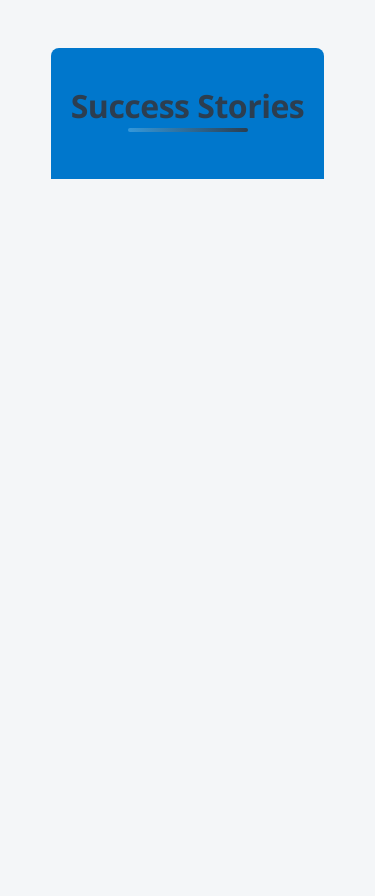
Repository: omas1st/stories
Page: http://localhost/stories/
An editor plug-in stored every save of this project. The page is shown before and after the next save, followed by the edit.
The browser window is 375 px wide. The pictures show the whole page.
The page is served by the project's Node server (server.js). Other server files are loaded and not shown. Queries for data that is not in the repository find no rows.

Above is the page before, as saved 2025-04-06 15:54:43.

### views/stories.ejs
<!DOCTYPE html>
<html>
<head>
  <meta charset="UTF-8">
  <title>Success Stories</title>
  <link rel="stylesheet" href="/css/styles.css">
  <link rel="stylesheet" href="/css/stories.css">
</head>
<body>
  <div class="stories-container">
    <header>
      <h1>Success Stories</h1>
    </header>
    <% stories.forEach(story => { %>
      <div class="story">
        <div class="story-header">
          <img src="/images/<%= story.image %>" alt="<%= story.name %>">
          <h2><%= story.name %></h2>
        </div>
        <div class="story-content">
          <p><strong>Email:</strong> <%= story.gmail %></p>
          <p><%= story.successStory %></p>
        </div>
      </div>
    <% }) %>
  </div>
</body>
</html>

### server.js
const express = require('express');
const mongoose = require('mongoose');
const dotenv = require('dotenv');
const session = require('express-session');

dotenv.config();

const app = express();

// Set EJS as the view engine
app.set('view engine', 'ejs');
app.use(express.static('public'));

// Body parsing middleware
app.use(express.urlencoded({ extended: true }));
app.use(express.json());

// Session middleware
app.use(session({
  secret: process.env.SECRET_KEY,
  resave: false,
  saveUninitialized: false
}));

// Connect to MongoDB
mongoose.connect(process.env.MONGO_URI, {
  useNewUrlParser: true,
  useUnifiedTopology: true
})
  .then(() => console.log('Connected to MongoDB'))
  .catch(err => console.error('MongoDB connection error:', err));

// Regular routes
const storiesRoute = require('./routes/stories');
app.use('/stories', storiesRoute);

// Admin routes
const adminRoute = require('./routes/admin');
app.use('/admin', adminRoute);

const PORT = process.env.PORT || 3000;
app.listen(PORT, () => console.log(`Server started on port ${PORT}`));

### routes/stories.js
const express = require('express');
const router = express.Router();
const Story = require('../models/story');

// GET route to display success stories
router.get('/', async (req, res) => {
  try {
    const stories = await Story.find().limit(50); // retrieve 50 stories
    res.render('stories', { stories });
  } catch (err) {
    console.error(err);
    res.status(500).send('Server error');
  }
});

module.exports = router;

### public/css/styles.css
/* stories.css */
.stories-container {
    max-width: 1200px;
    margin: 0 auto;
    padding: 2rem;
}

.stories-container header {
    text-align: center;
    margin-bottom: 3rem;
}

.stories-container h1 {
    font-size: 2.5rem;
    color: #2c3e50;
    margin-bottom: 1rem;
    position: relative;
    display: inline-block;
}

.stories-container h1::after {
    content: '';
    display: block;
    width: 50%;
    height: 3px;
    background: #3498db;
    margin: 0.5rem auto;
}

.story {
    background: #ffffff;
    border-radius: 10px;
    box-shadow: 0 4px 6px rgba(0, 0, 0, 0.1);
    margin-bottom: 2rem;
    padding: 2rem;
    transition: transform 0.3s ease;
}

.story:hover {
    transform: translateY(-5px);
}

.story-header {
    display: flex;
    align-items: center;
    margin-bottom: 1.5rem;
}

.story-header img {
    width: 80px;
    height: 80px;
    border-radius: 50%;
    object-fit: cover;
    margin-right: 1.5rem;
    border: 3px solid #3498db;
}

.story-header h2 {
    font-size: 1.5rem;
    color: #2c3e50;
    margin: 0;
}

.story-content {
    line-height: 1.6;
    color: #34495e;
}

.story-content p:first-of-type {
    margin-bottom: 1rem;
    font-weight: 500;
    color: #3498db;
}

.story-content p:last-child {
    margin: 0;
    font-size: 1rem;
    color: #7f8c8d;
}

/* Responsive Design */
@media (max-width: 768px) {
    .stories-container {
        padding: 1rem;
    }

    .story-header {
        flex-direction: column;
        text-align: center;
    }

    .story-header img {
        margin-right: 0;
        margin-bottom: 1rem;
    }

    .story-header h2 {
        font-size: 1.3rem;
    }

    .story-content p:last-child {
        font-size: 0.9rem;
    }
}

@media (max-width: 480px) {
    .stories-container h1 {
        font-size: 2rem;
    }

    .story {
        padding: 1.5rem;
    }
}

/* Global Styles */
body {
    font-family: 'Segoe UI', Tahoma, Geneva, Verdana, sans-serif;
    background-color: #f4f6f8;
    margin: 0;
    padding: 0;
    color: #333;
  }

  .container {
    width: 90%;
    max-width: 1200px;
    margin: 30px auto;
    padding: 20px;
    background: #fff;
    border-radius: 8px;
    box-shadow: 0 4px 6px rgba(0,0,0,0.1);
  }

  /* Header Styles */
  header, .admin-header {
    background-color: #0077cc;
    color: #fff;
    padding: 15px 20px;
    border-radius: 8px 8px 0 0;
  }

  .admin-header {
    background-color: #343a40;
  }

  /* Global Link Styles */
  a {
    text-decoration: none;
    color: #0077cc;
  }

  a:hover {
    text-decoration: underline;
  }

  /* Admin Panel */
  .admin-container {
    padding: 20px;
  }

  .admin-form {
    max-width: 600px;
    margin: 0 auto;
  }

  .admin-form label {
    display: block;
    margin-top: 15px;
    font-weight: bold;
  }

  .admin-form input,
  .admin-form textarea {
    width: 100%;
    padding: 10px;
    margin-top: 5px;
    border: 1px solid #ccc;
    border-radius: 4px;
  }

  .admin-form button {
    margin-top: 20px;
    padding: 10px 20px;
    background-color: #0077cc;
    color: #fff;
    border: none;
    border-radius: 4px;
    cursor: pointer;
  }

  .admin-form button:hover {
    background-color: #005fa3;
  }

  /* Admin Dashboard List */
  .dashboard-list {
    list-style: none;
    padding: 0;
  }

  .dashboard-list li {
    background: #f9f9f9;
    margin-bottom: 10px;
    padding: 15px;
    border-radius: 4px;
    display: flex;
    justify-content: space-between;
    align-items: center;
  }

  .dashboard-list li a {
    color: #0077cc;
    margin-left: 10px;
  }

### public/css/stories.css
/* stories.css */
.stories-container {
    max-width: 1200px;
    margin: 0 auto;
    padding: 4rem 2rem;
    min-height: 100vh;
    display: flex;
    flex-direction: column;
    align-items: center;
}

.stories-container header {
    text-align: center;
    margin-bottom: 4rem;
}

.stories-container h1 {
    font-size: 2.8rem;
    color: #2c3e50;
    margin-bottom: 1.5rem;
    font-weight: 600;
    letter-spacing: -0.5px;
    position: relative;
    padding-bottom: 1rem;
}

.stories-container h1::after {
    content: '';
    position: absolute;
    bottom: 0;
    left: 50%;
    transform: translateX(-50%);
    width: 120px;
    height: 4px;
    background: linear-gradient(90deg, #3498db 0%, #2c3e50 100%);
    border-radius: 2px;
}

.story {
    background: #ffffff;
    border-radius: 12px;
    box-shadow: 0 8px 30px rgba(0, 0, 0, 0.08);
    margin-bottom: 2.5rem;
    padding: 2.5rem;
    transition: transform 0.3s ease;
    width: 800px;
    max-width: 90%;
    position: relative;
    border: 1px solid rgba(52, 152, 219, 0.1);
}

.story:hover {
    transform: translateY(-3px);
    box-shadow: 0 12px 40px rgba(0, 0, 0, 0.1);
}

.story-header {
    display: flex;
    flex-direction: column;
    align-items: center;
    margin-bottom: 2rem;
    text-align: center;
}

.story-header img {
    width: 100px;
    height: 100px;
    border-radius: 50%;
    object-fit: cover;
    margin-bottom: 1.5rem;
    border: 4px solid #fff;
    box-shadow: 0 4px 15px rgba(52, 152, 219, 0.2);
}

.story-header h2 {
    font-size: 1.6rem;
    color: #2c3e50;
    margin: 0 0 0.5rem 0;
    font-weight: 600;
}

.story-content {
    line-height: 1.8;
    color: #34495e;
    text-align: center;
    font-size: 1.05rem;
}

.story-content p:first-of-type {
    margin-bottom: 1.5rem;
    font-weight: 500;
    color: #3498db;
    font-size: 1.1rem;
}

.story-content p:last-child {
    margin: 0 auto;
    max-width: 700px;
    color: #5a6b7c;
    font-size: 1rem;
    line-height: 1.7;
}

/* Decorative quote mark */
.story::before {
    content: "❝";
    position: absolute;
    top: -25px;
    left: 50%;
    transform: translateX(-50%);
    font-size: 4rem;
    color: rgba(52, 152, 219, 0.2);
    font-family: Arial, sans-serif;
}

/* Responsive Design */
@media (max-width: 768px) {
    .stories-container {
        padding: 3rem 1rem;
    }

    .stories-container h1 {
        font-size: 2.2rem;
    }

    .story {
        padding: 2rem;
        width: 90%;
    }

    .story-header img {
        width: 85px;
        height: 85px;
    }

    .story::before {
        top: -20px;
        font-size: 3rem;
    }
}

@media (max-width: 480px) {
    .stories-container h1 {
        font-size: 2rem;
        padding-bottom: 0.8rem;
    }

    .story {
        padding: 1.8rem;
    }

    .story-content {
        font-size: 1rem;
    }
}

After the next save:
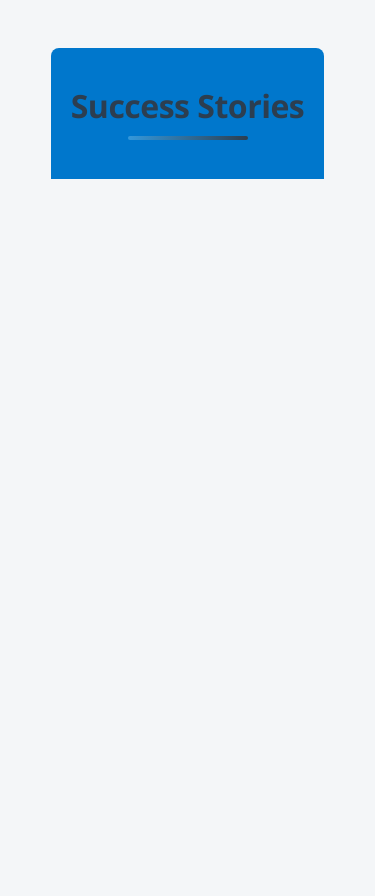
Saved 17 s later.
--- a/public/css/styles.css
+++ b/public/css/styles.css
@@ -2,114 +2,155 @@
 .stories-container {
     max-width: 1200px;
     margin: 0 auto;
-    padding: 2rem;
+    padding: 4rem 2rem;
+    min-height: 100vh;
+    display: flex;
+    flex-direction: column;
+    align-items: center;
 }
 
 .stories-container header {
     text-align: center;
-    margin-bottom: 3rem;
+    margin-bottom: 4rem;
 }
 
 .stories-container h1 {
-    font-size: 2.5rem;
+    font-size: 2.8rem;
     color: #2c3e50;
-    margin-bottom: 1rem;
+    margin-bottom: 1.5rem;
+    font-weight: 600;
+    letter-spacing: -0.5px;
     position: relative;
-    display: inline-block;
+    padding-bottom: 1rem;
 }
 
 .stories-container h1::after {
     content: '';
-    display: block;
-    width: 50%;
-    height: 3px;
-    background: #3498db;
-    margin: 0.5rem auto;
+    position: absolute;
+    bottom: 0;
+    left: 50%;
+    transform: translateX(-50%);
+    width: 120px;
+    height: 4px;
+    background: linear-gradient(90deg, #3498db 0%, #2c3e50 100%);
+    border-radius: 2px;
 }
 
 .story {
     background: #ffffff;
-    border-radius: 10px;
-    box-shadow: 0 4px 6px rgba(0, 0, 0, 0.1);
-    margin-bottom: 2rem;
-    padding: 2rem;
+    border-radius: 12px;
+    box-shadow: 0 8px 30px rgba(0, 0, 0, 0.08);
+    margin-bottom: 2.5rem;
+    padding: 2.5rem;
     transition: transform 0.3s ease;
+    width: 800px;
+    max-width: 90%;
+    position: relative;
+    border: 1px solid rgba(52, 152, 219, 0.1);
 }
 
 .story:hover {
-    transform: translateY(-5px);
+    transform: translateY(-3px);
+    box-shadow: 0 12px 40px rgba(0, 0, 0, 0.1);
 }
 
 .story-header {
     display: flex;
+    flex-direction: column;
     align-items: center;
-    margin-bottom: 1.5rem;
+    margin-bottom: 2rem;
+    text-align: center;
 }
 
 .story-header img {
-    width: 80px;
-    height: 80px;
+    width: 100px;
+    height: 100px;
     border-radius: 50%;
     object-fit: cover;
-    margin-right: 1.5rem;
-    border: 3px solid #3498db;
+    margin-bottom: 1.5rem;
+    border: 4px solid #fff;
+    box-shadow: 0 4px 15px rgba(52, 152, 219, 0.2);
 }
 
 .story-header h2 {
-    font-size: 1.5rem;
+    font-size: 1.6rem;
     color: #2c3e50;
-    margin: 0;
+    margin: 0 0 0.5rem 0;
+    font-weight: 600;
 }
 
 .story-content {
-    line-height: 1.6;
+    line-height: 1.8;
     color: #34495e;
+    text-align: center;
+    font-size: 1.05rem;
 }
 
 .story-content p:first-of-type {
-    margin-bottom: 1rem;
+    margin-bottom: 1.5rem;
     font-weight: 500;
     color: #3498db;
+    font-size: 1.1rem;
 }
 
 .story-content p:last-child {
-    margin: 0;
+    margin: 0 auto;
+    max-width: 700px;
+    color: #5a6b7c;
     font-size: 1rem;
-    color: #7f8c8d;
+    line-height: 1.7;
+}
+
+/* Decorative quote mark */
+.story::before {
+    content: "❝";
+    position: absolute;
+    top: -25px;
+    left: 50%;
+    transform: translateX(-50%);
+    font-size: 4rem;
+    color: rgba(52, 152, 219, 0.2);
+    font-family: Arial, sans-serif;
 }
 
 /* Responsive Design */
 @media (max-width: 768px) {
     .stories-container {
-        padding: 1rem;
-    }
-
-    .story-header {
-        flex-direction: column;
-        text-align: center;
+        padding: 3rem 1rem;
+    }
+
+    .stories-container h1 {
+        font-size: 2.2rem;
+    }
+
+    .story {
+        padding: 2rem;
+        width: 90%;
     }
 
     .story-header img {
-        margin-right: 0;
-        margin-bottom: 1rem;
-    }
-
-    .story-header h2 {
-        font-size: 1.3rem;
-    }
-
-    .story-content p:last-child {
-        font-size: 0.9rem;
+        width: 85px;
+        height: 85px;
+    }
+
+    .story::before {
+        top: -20px;
+        font-size: 3rem;
     }
 }
 
 @media (max-width: 480px) {
     .stories-container h1 {
         font-size: 2rem;
+        padding-bottom: 0.8rem;
     }
 
     .story {
-        padding: 1.5rem;
+        padding: 1.8rem;
+    }
+
+    .story-content {
+        font-size: 1rem;
     }
 }
 
